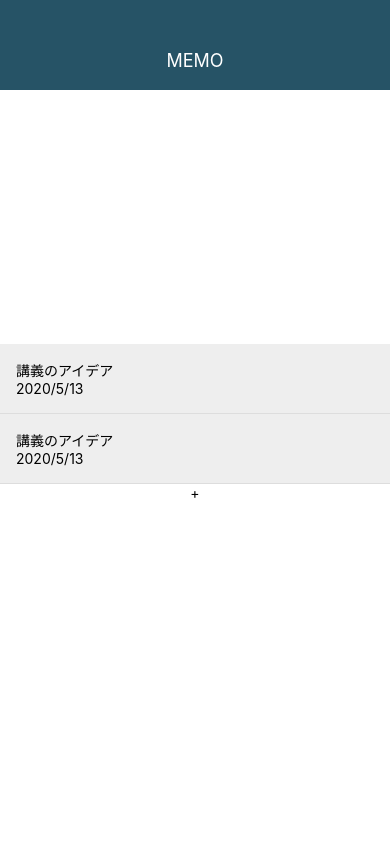
Repository: NagataRyuji0630/memo_app_for_reactNative
Page: /
An editor plug-in stored every save of this project. The page is shown before and after the next save, followed by the edit.
The browser window is 390 px wide. The pictures show the whole page.
The app was drawn by React Native's web renderer in a window 390 px wide. The project was rebuilt for these pictures with package versions that can differ from the ones it lists, and the page was loaded fresh each time.

Above is the page before, as saved 2020-05-14 07:50:34.

After the next save:
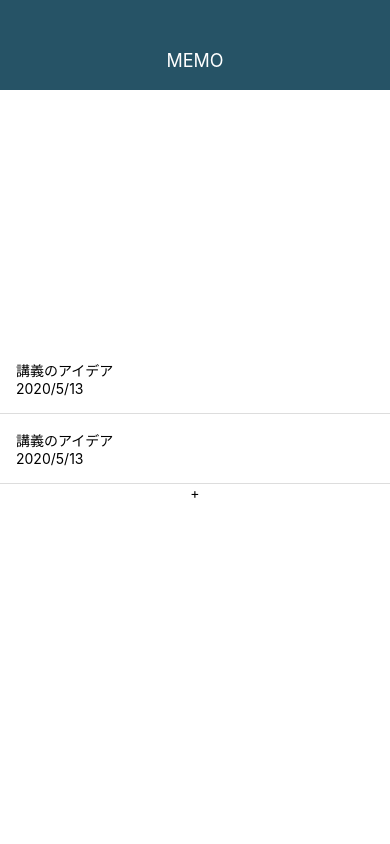
Saved 9 s later.
--- a/App.js
+++ b/App.js
@@ -56,7 +56,6 @@ const styles = StyleSheet.create({
     fontSize: 18,
   },
   memoList: {
-    backgroundColor: '#eee',
     width: '100%',
   },
   memoListItem: {
